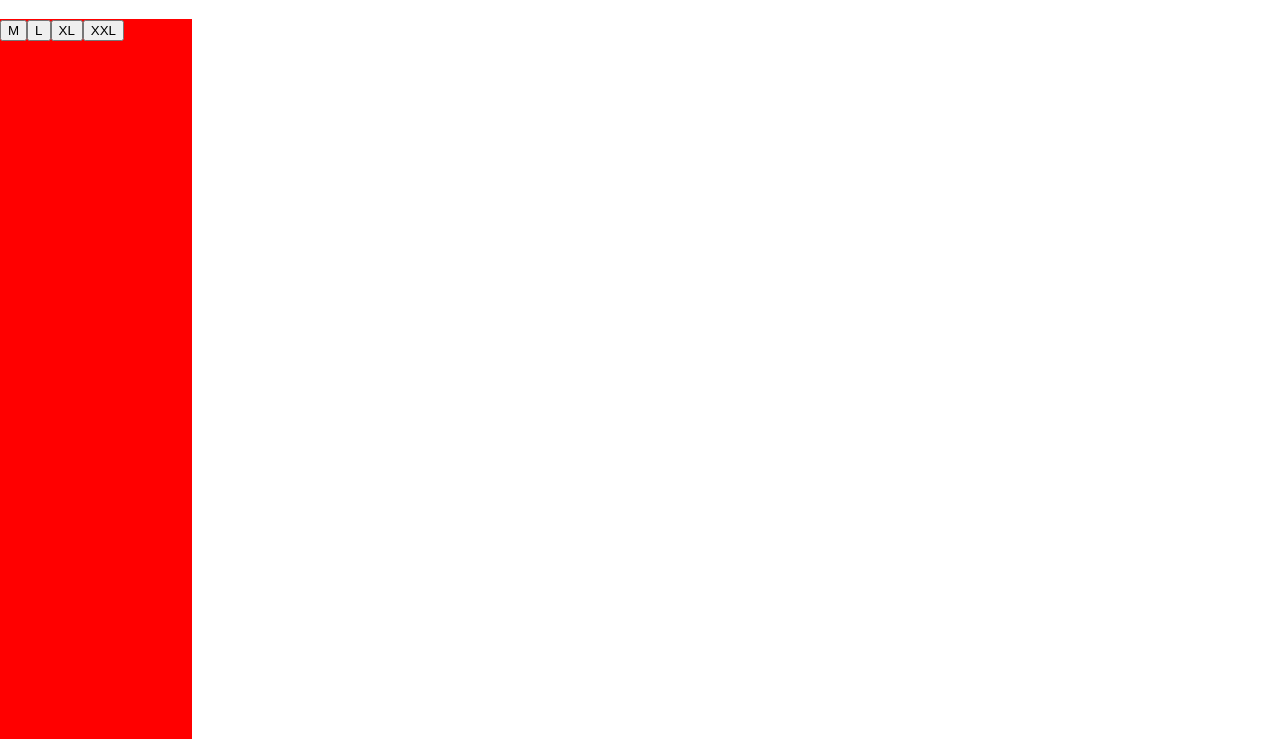
Repository: 0584386177/GiuaKyReactJs
Page: /
These files come from the project's save history. The page is drawn as it stood at one moment and after the next save; the edit follows.
The browser window is 1280 px wide. The pictures show the whole page.
The page's requests for data from a server got no answer. The project was rebuilt for these pictures with package versions that can differ from the ones it lists, and the page was loaded fresh each time. No one was signed in, and anything a server would have sent is missing.

Above is the page before, as saved 2023-10-16 14:42:56.

### src/App.js
import React from 'react';
import Page from "./components/Page";
import styled from 'styled-components';
const AppWrapper = styled.div`
  width: 100%;
  height: 100%;
`
const App = () => {
  return (
    <AppWrapper>
      <Page>

      </Page>

    </AppWrapper>
  );
};

export default App;

### src/components/Page.jsx
import React, { useEffect } from 'react';
import Sizes from "./Sizes"
const api = "http://localhost:3000/products";
const getProducts = async ()=>{
    const response = await fetch(api);
    const data = await response.json();
    console.log(data);
}
const Page = () => {
    useEffect(()=>{
        getProducts();
    },[])
    return (
        <div>
            <Sizes/>
        </div>
    );
};

export default Page;

### src/components/Sizes.jsx
import React from 'react';
import styled from 'styled-components';
 const SizesWrapper = styled.div`
    width: 15%;
    height: 100vh;
    background-color: red;
`
const Sizes = () => {

    return (
        <SizesWrapper>
            <h3></h3>
            <button>M</button>
            <button>L</button>
            <button>XL</button>
            <button>XXL</button>
        </SizesWrapper>
    );
};

export default Sizes;

Loaded but not shown: public/index.html (common file); src/index.js (common file); src/index.css (common file); src/reportWebVitals.js (common file)

After the next save:
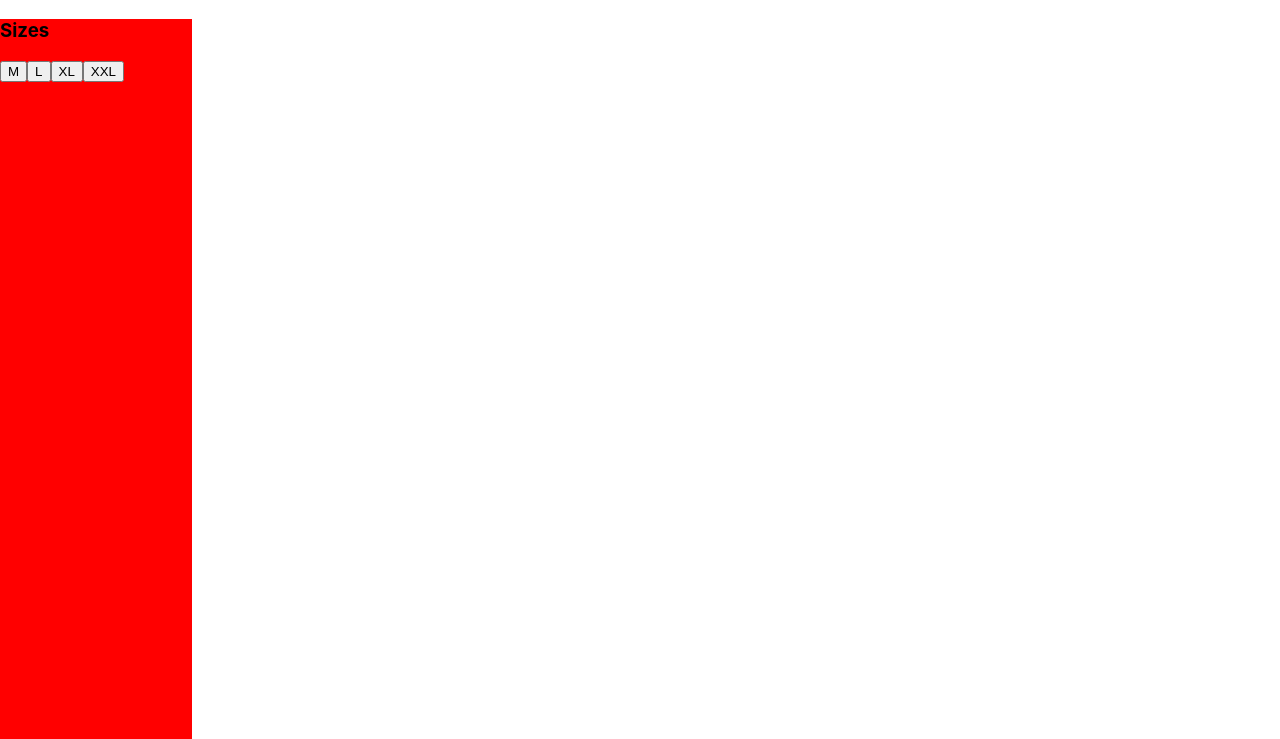
Saved 6 s later.
--- a/src/components/Sizes.jsx
+++ b/src/components/Sizes.jsx
@@ -9,7 +9,7 @@ const Sizes = () => {
 
     return (
         <SizesWrapper>
-            <h3></h3>
+            <h3>Sizes</h3>
             <button>M</button>
             <button>L</button>
             <button>XL</button>
